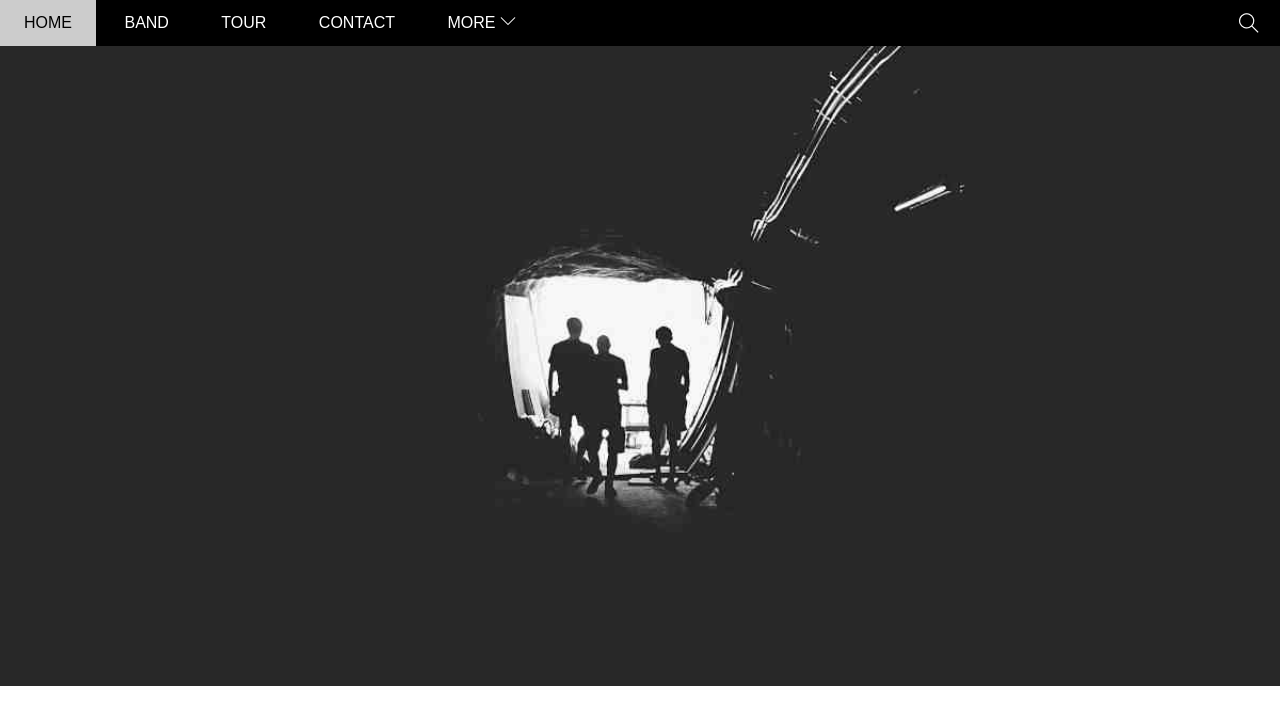
Repository: minhnguyennn/w3_band_music
Page: index.html
These files come from the project's save history. The page is drawn as it stood at one moment and after a run of saves; the edit follows.
The browser window is 1280 px wide. The pictures show the whole page.

Above is the page before, as saved 2023-02-18 20:09:12.

### index.html
<!DOCTYPE html>
<html lang="en">
<head>
    <meta charset="UTF-8">
    <meta http-equiv="X-UA-Compatible" content="IE=edge">
    <meta name="viewport" content="width=device-width, initial-scale=1.0">
    <title>Document</title>
    <link rel="stylesheet" href="./assets/css/style.css">
    <link rel="stylesheet" href="./assets/fonts/themify-icons-font/themify-icons/themify-icons.css">
</head>
<body>
    <div id="main">
        <div id="header">
            <!-- Begin: nav -->
            <ul id="nav">
                <li><a href="">Home</a></li>
                <li><a href="">Band</a></li>
                <li><a href="">Tour</a></li>
                <li><a href="">Contact</a></li>
                <li>
                    <a href="">
                        More
                        <i class="nav-arrow-down ti-angle-down"></i>
                    </a>
                    <ul class="subnav">
                        <li><a href="">Merchandise</a></li>
                        <li><a href="">Extras</a></li>
                        <li><a href="">Media</a></li>
                    </ul>
                </li>
            </ul>
            <!-- End: nav -->

            <!-- Begin: search button -->
            <div class="search-btn">
                <i class="search-icon ti-search"></i>
            </div>
            <!-- End: search button -->

        </div>

        <div id="slider">

        </div>

        <div id="content">

        </div>

        <div id="footer">

        </div>

    </div>
</body>
</html>

### assets/css/style.css
/* Reset CSS */
* {
   padding: 0;
   margin: 0;
   box-sizing: border-box;
}

html {
   font-family: Arial, Helvetica, sans-serif;
}

#main {
}

#header {
   position: fixed;
   top: 0;
   left: 0;
   right: 0;
   height: 46px;
   background-color: #000;
}

#nav {
   display: inline-block;
}

#nav,
.subnav {
   list-style-type: none;
}

#nav > li {
   display: inline-block;
}

#nav li {
   position: relative;
}

#nav > li > a {
   color: #fff;
   text-transform: uppercase;
   padding: 0 24px;
   line-height: 46px;
}

#nav li a {
   text-decoration: none;
   display: inline-block;
}

#nav li:hover .subnav {
   display: block;
}

#nav > li:hover > a {
   color: #000;
   background-color: #ccc;
}

#nav > .nav-arrow-down {
   font-size: 14px;
}

#nav .subnav {
   min-width: 160px;
   display: none;
   position: absolute;
   top: 100%;
   left: 0;
   background-color: #fff;
   box-shadow: 0 0 10px gray;
}

#nav .subnav a {
   color: #000;
   padding: 0 16px;
   line-height: 32px;
}

#nav .subnav li:hover {
   background-color: #ccc;
}

#header > .search-btn {
   float: right;
   padding: 0 21px;
}

#header > .search-btn:hover {
   background-color: red;
   cursor: pointer;
}

#header > .search-btn > .search-icon {
   color: #fff;
   font-size: 20px;
   line-height: 46px;
}

#slider {
   margin-top: 46px;
   padding-top: 50%;
   background: url("/assets/img/Slider/slider1.jpg") top center / cover no-repeat;
}

#content {
}

#footer {
}

Loaded but not shown: assets/fonts/themify-icons-font/themify-icons/themify-icons.css (common file)

After the next 3 saves:
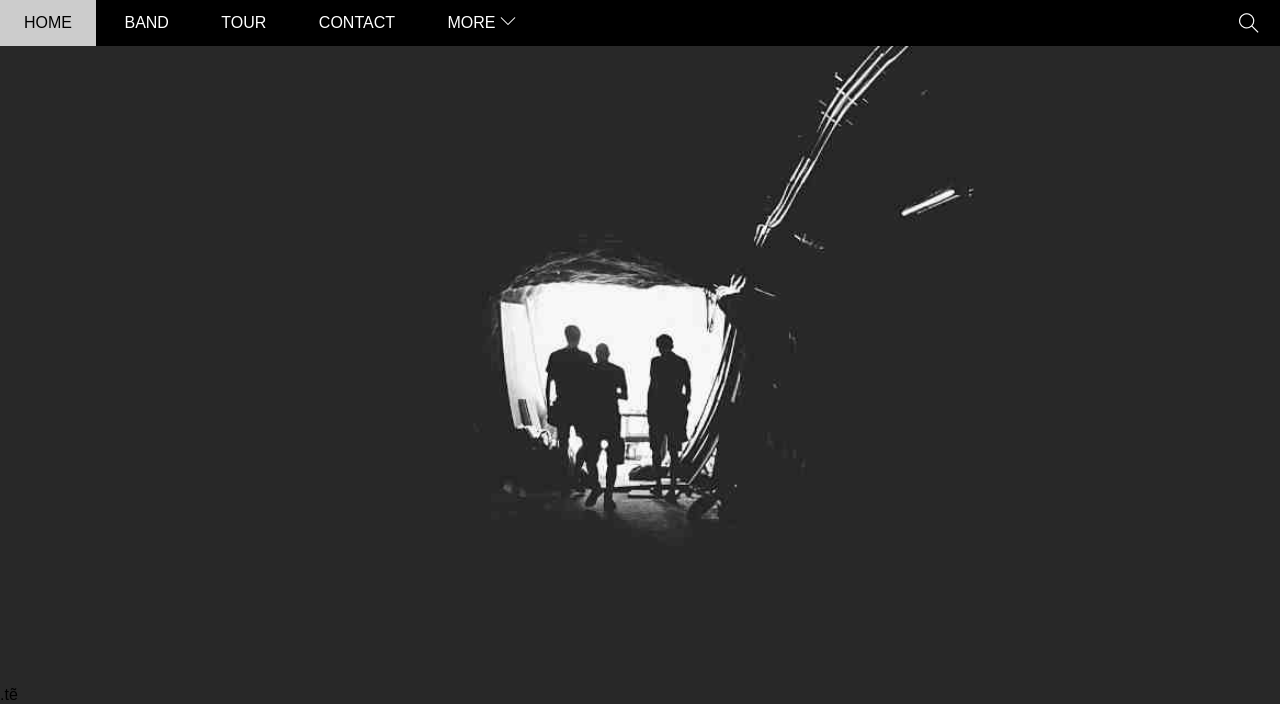
The 3 saves are shown as one change because they came seconds apart.
The last was saved 7 min 28 s later.
--- a/index.html
+++ b/index.html
@@ -40,7 +40,7 @@
         </div>
 
         <div id="slider">
-
+            .tẽ
         </div>
 
         <div id="content">

After the 2 saves that followed:
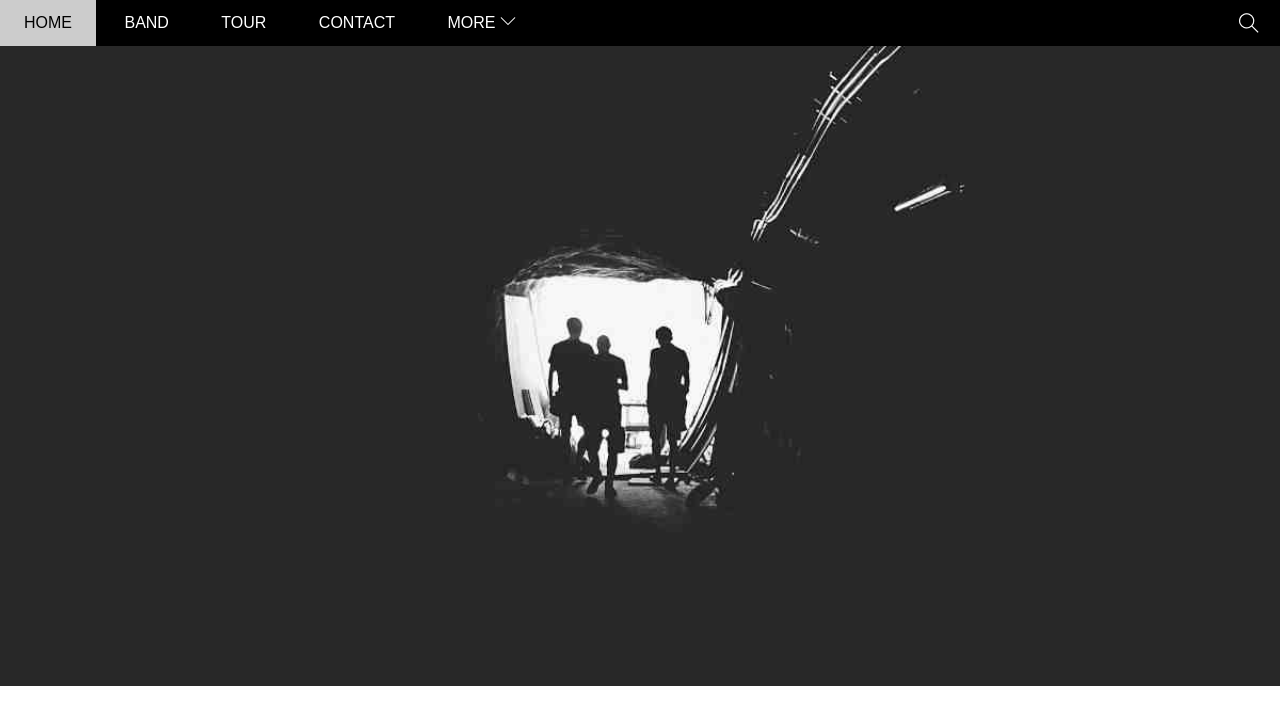
The 2 saves are shown as one change because they came seconds apart.
The last was saved 8 s later.
--- a/index.html
+++ b/index.html
@@ -40,7 +40,7 @@
         </div>
 
         <div id="slider">
-            .tẽ
+            <div class="text-content"></div>
         </div>
 
         <div id="content">
